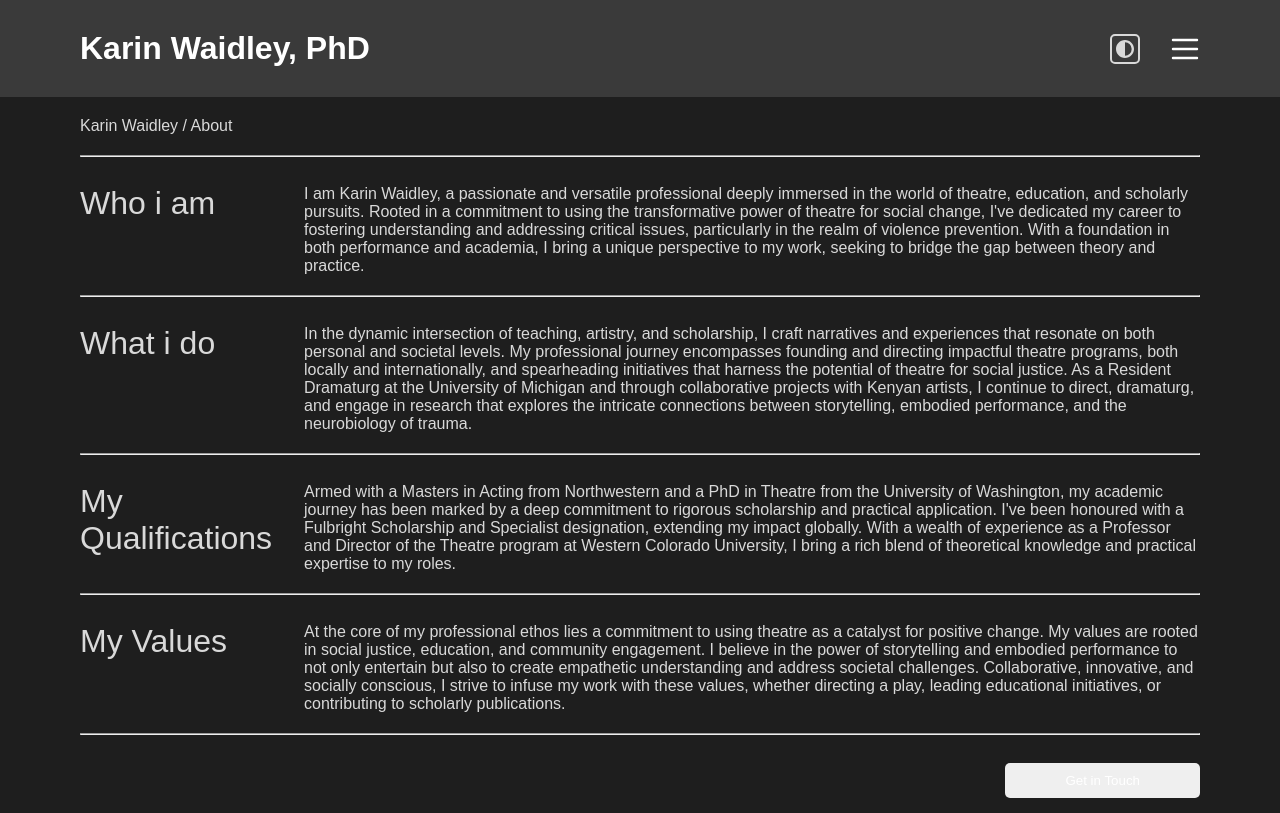
Repository: Ceasor7/Karin
Page: about.html
An editor plug-in stored every save of this project. The page is shown before and after the next save, followed by the edit.
The browser window is 1280 px wide. The pictures show the whole page.

Above is the page before, as saved 2023-12-14 17:44:45.

After the next save:
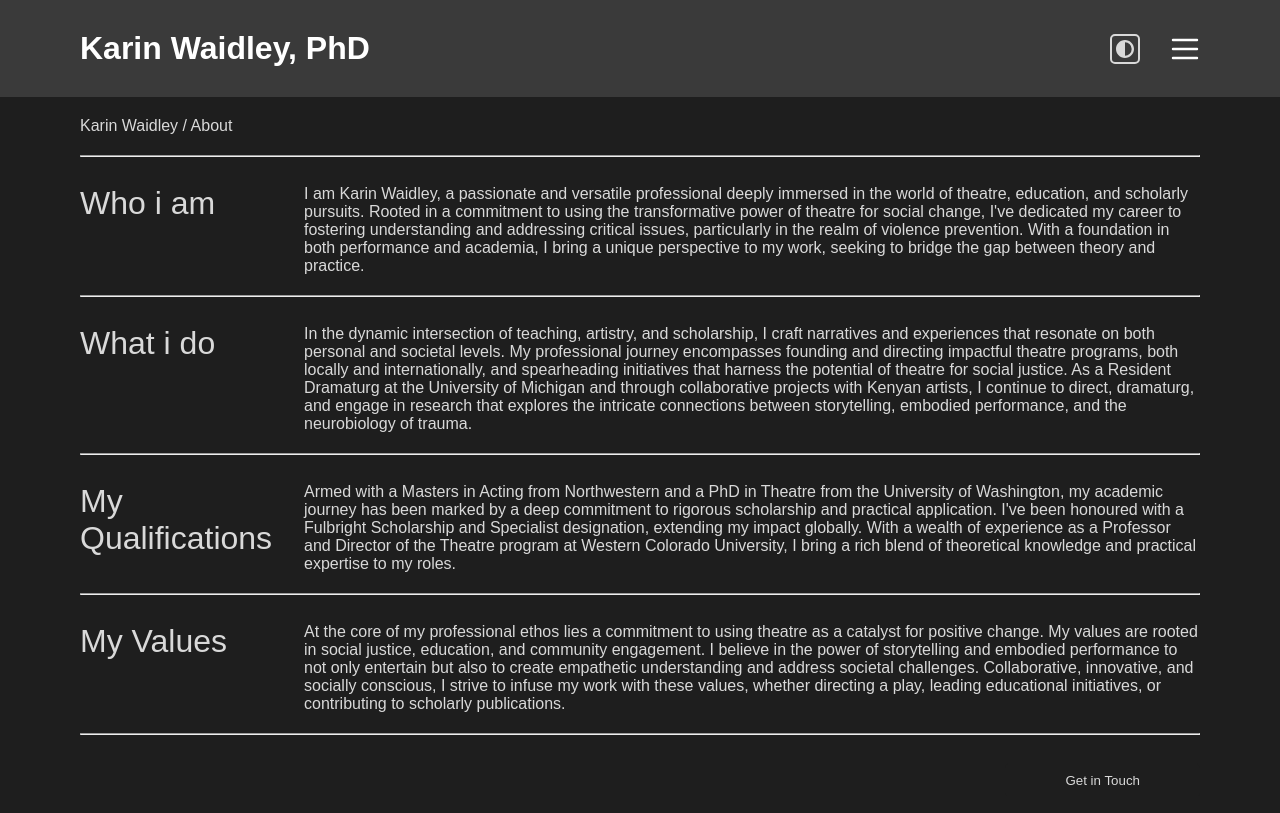
Saved 42 s later.
--- a/about.html
+++ b/about.html
@@ -69,8 +69,8 @@
 
         .contact-button {
             padding: 10px;
-            background-color: var();
-            color: white;
+            background-color: var(--primary-color);
+            color: var(--secondary-color);
             padding-left: 60px;
             padding-right: 60px;
             border-radius: 5px;
